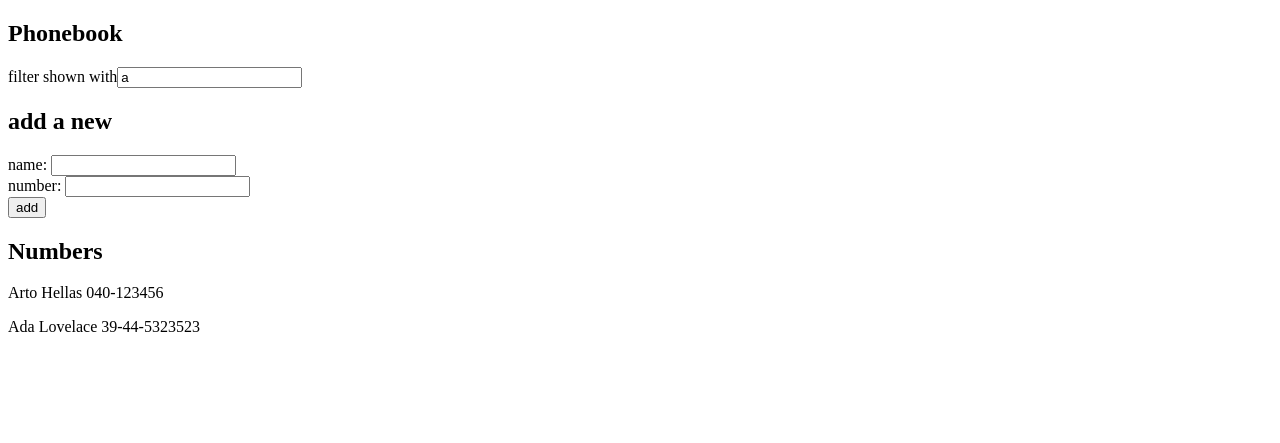
Repository: mariocapitbrok/helsinki-fullstack
Page: / (app in part2/phonebook/)
An editor plug-in stored every save of this project. The page is shown before and after the next save, followed by the edit.
The browser window is 1280 px wide. The pictures show the whole page.
The project was rebuilt for these pictures with package versions that can differ from the ones it lists, and the page was loaded fresh each time.

Above is the page before, as saved 2022-01-12 12:35:43.

### part2/phonebook/src/App.js
import React, { useState } from 'react'

const Person = ({ name, number }) => (
  <p>
    {name} {number}
  </p>
)

const App = () => {
  const [newFilter, setNewFilter] = useState('a')
  const [persons, setPersons] = useState([
    { name: 'Arto Hellas', number: '040-123456', id: 1 },
    { name: 'Ada Lovelace', number: '39-44-5323523', id: 2 },
    { name: 'Dan Abramov', number: '12-43-234345', id: 3 },
    { name: 'Mary Poppendieck', number: '39-23-6423122', id: 4 },
  ])
  const [newName, setNewName] = useState('')
  const [newNumber, setNewNumber] = useState('')

  const handleSubmit = (e) => {
    e.preventDefault()
    const newPerson = {
      name: newName,
      number: newNumber,
      id: persons.length + 1,
    }

    persons.findIndex((person) => person.name === newPerson.name) === -1
      ? setPersons([...persons, newPerson])
      : alert(`${newPerson.name} is already added to phonebook`)

    setNewName('')
    setNewNumber('')
  }

  const handleFilterChange = (e) => {
    setNewFilter(e.target.value)
  }

  const handleNameChange = (e) => {
    setNewName(e.target.value)
  }

  const handleNumberChange = (e) => {
    setNewNumber(e.target.value)
  }

  const personsToShowA = persons.filter(
    (person) =>
      person.name.toLowerCase().startsWith(newFilter.toLowerCase()) === true
  )

  const personsToShowB = persons.filter(
    (person) => person.name.toLowerCase().indexOf(newFilter.toLowerCase()) > -1
  )

  return (
    <div>
      <h2>Phonebook</h2>
      <div>
        filter shown with
        <input onChange={handleFilterChange} value={newFilter} />
      </div>
      <h2>add a new</h2>
      <form onSubmit={handleSubmit}>
        <div>
          name: <input onChange={handleNameChange} value={newName} />
        </div>
        <div>
          number: <input onChange={handleNumberChange} value={newNumber} />
        </div>
        <div>
          <button type="submit">add</button>
        </div>
      </form>
      <h2>Numbers</h2>
      {personsToShowA.map((person) => (
        <Person key={person.name} name={person.name} number={person.number} />
      ))}
    </div>
  )
}

export default App

Loaded but not shown: part2/phonebook/public/index.html (common file); part2/phonebook/src/index.js (common file)

After the next save:
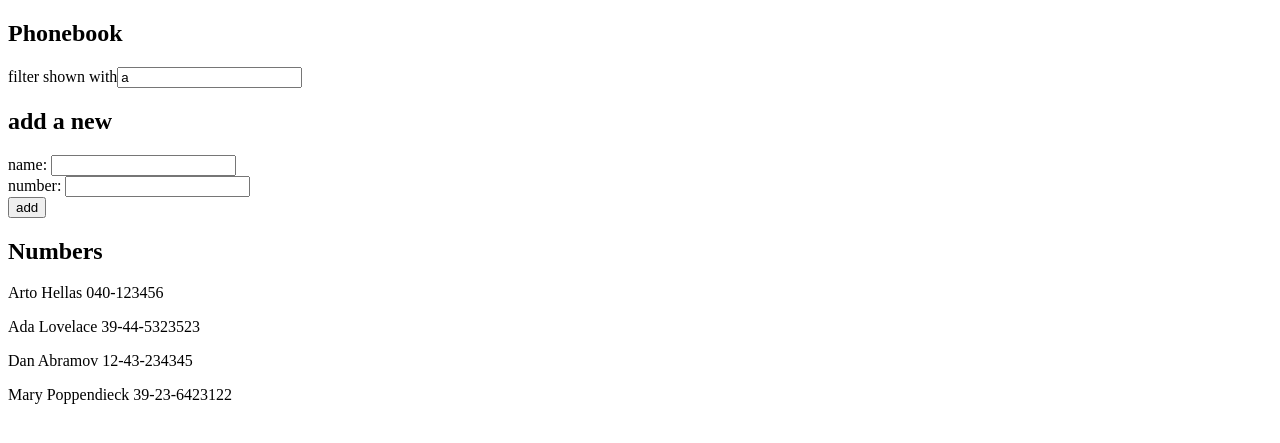
Saved 24 s later.
--- a/part2/phonebook/src/App.js
+++ b/part2/phonebook/src/App.js
@@ -74,7 +74,7 @@ const App = () => {
         </div>
       </form>
       <h2>Numbers</h2>
-      {personsToShowA.map((person) => (
+      {personsToShowB.map((person) => (
         <Person key={person.name} name={person.name} number={person.number} />
       ))}
     </div>

After the save that followed:
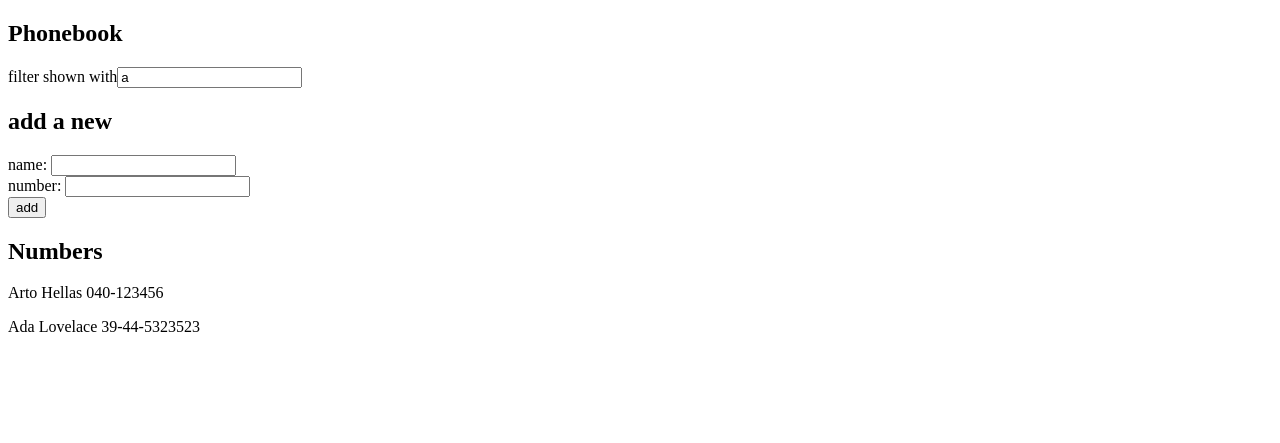
Saved 102 s later.
--- a/part2/phonebook/src/App.js
+++ b/part2/phonebook/src/App.js
@@ -45,13 +45,15 @@ const App = () => {
     setNewNumber(e.target.value)
   }
 
+  // Filter required by the exercise
   const personsToShowA = persons.filter(
+    (person) => person.name.toLowerCase().indexOf(newFilter.toLowerCase()) > -1
+  )
+
+  // Filter alternative
+  const personsToShowB = persons.filter(
     (person) =>
       person.name.toLowerCase().startsWith(newFilter.toLowerCase()) === true
-  )
-
-  const personsToShowB = persons.filter(
-    (person) => person.name.toLowerCase().indexOf(newFilter.toLowerCase()) > -1
   )
 
   return (
